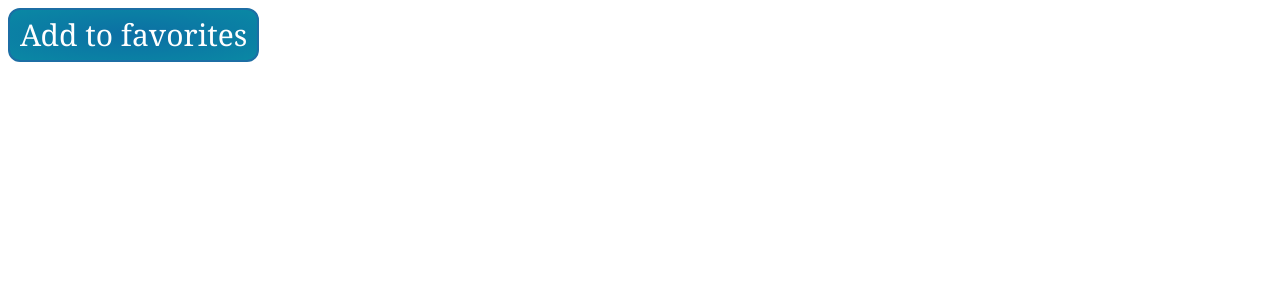
Repository: Jok98/CentriVaccinaliWebApp
Page: http://localhost/CentriVaccinaliOperatori/
The author's editor kept a copy of each file at every save. The page is drawn from the files as they stood at one save, then again after the next save.
The browser window is 1280 px wide. The pictures show the whole page.
The page is served by Tomcat 9.

Above is the page before, as saved 2022-09-24 13:13:00.

After the next save:
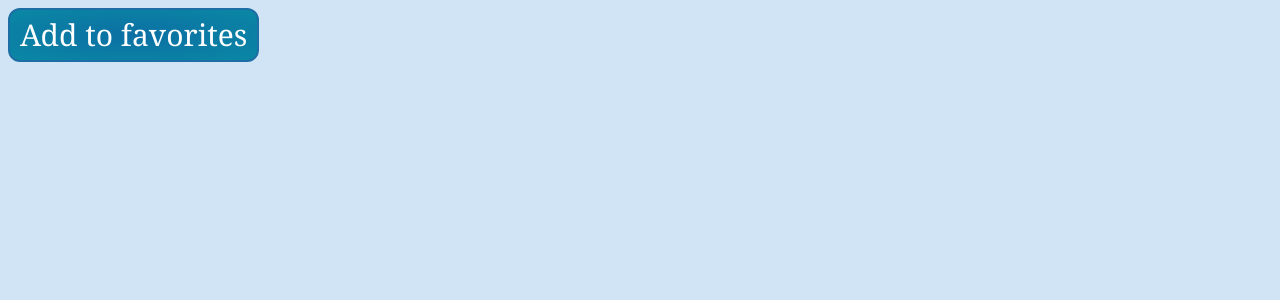
Saved 107 s later.
--- a/CentriVaccinaliOperatori/src/main/webapp/operatori.css
+++ b/CentriVaccinaliOperatori/src/main/webapp/operatori.css
@@ -1,4 +1,7 @@
 @charset "ISO-8859-1";
+html{
+background: #D0E4F5 none no-repeat scroll 0% 0%;
+}
 .button {
 color: rgb(255, 255, 255); font-size: 30px; line-height: 30px; padding: 10px; border-radius: 12px; font-family: Georgia, serif; font-weight: normal; text-decoration: none; font-style: normal; font-variant: normal; text-transform: none; background-image: radial-gradient(at center center, rgb(12, 111, 164) 0%, rgb(10, 136, 164) 100%, rgb(12, 111, 164) 100%); box-shadow: rgba(0, 0, 0, 0) 81px -57px 0px 0px; border: 2px solid rgb(28, 110, 164); display: inline-block;}
 .button:hover {
